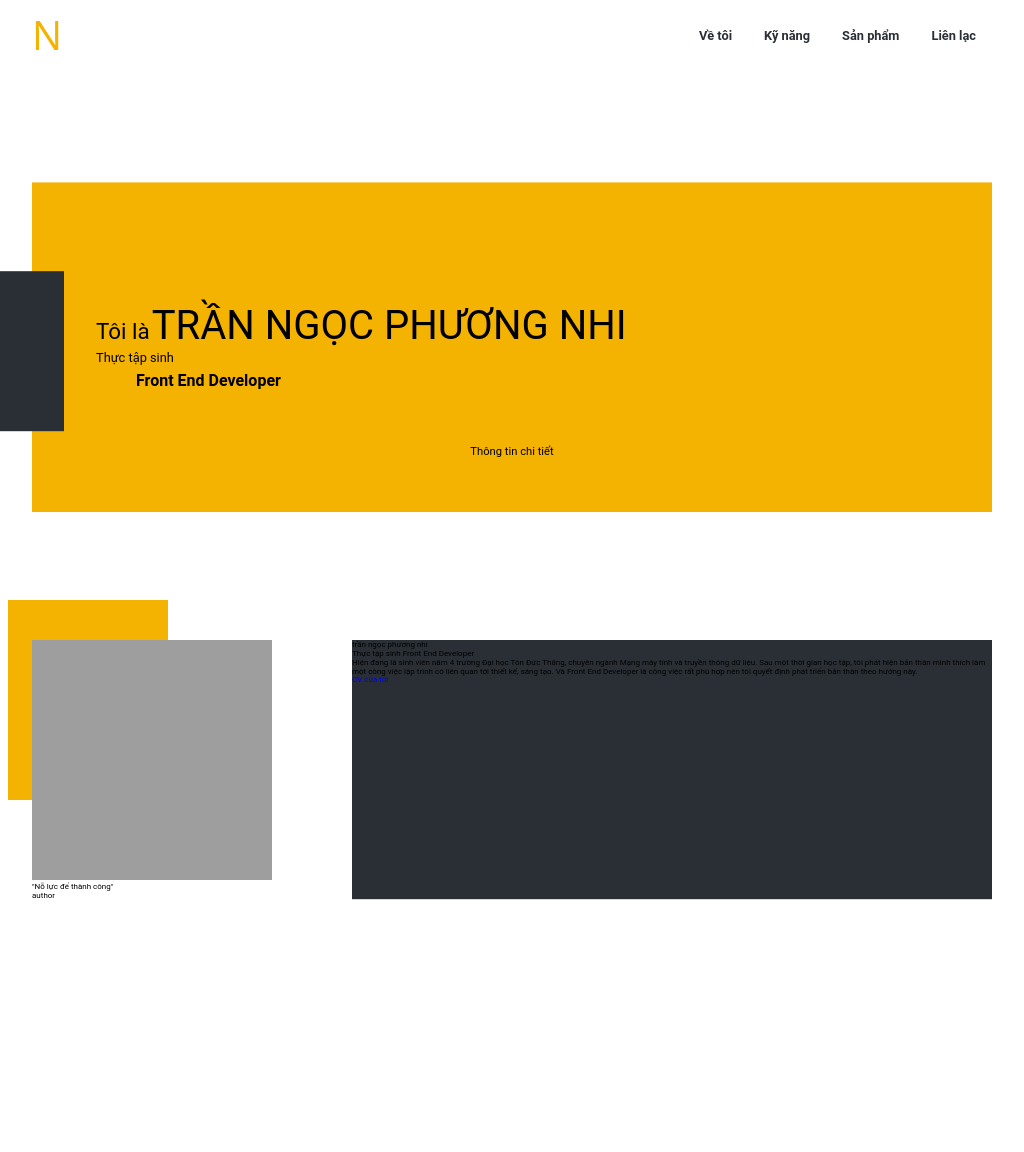
Repository: TranNgocPhuongNhi/my-portfolio
Page: index.html
An editor plug-in stored every save of this project. The page is shown before and after the next save, followed by the edit.
The browser window is 1280 px wide. The pictures show the whole page, at 80% of full size.
Pictures or frames that could not be fetched are drawn as grey boxes. Some icons come from a web library that is not loaded, so they are not drawn. Some web libraries are served in a nearby version.

Above is the page before, as saved 2021-07-04 16:07:27.

After the next save:
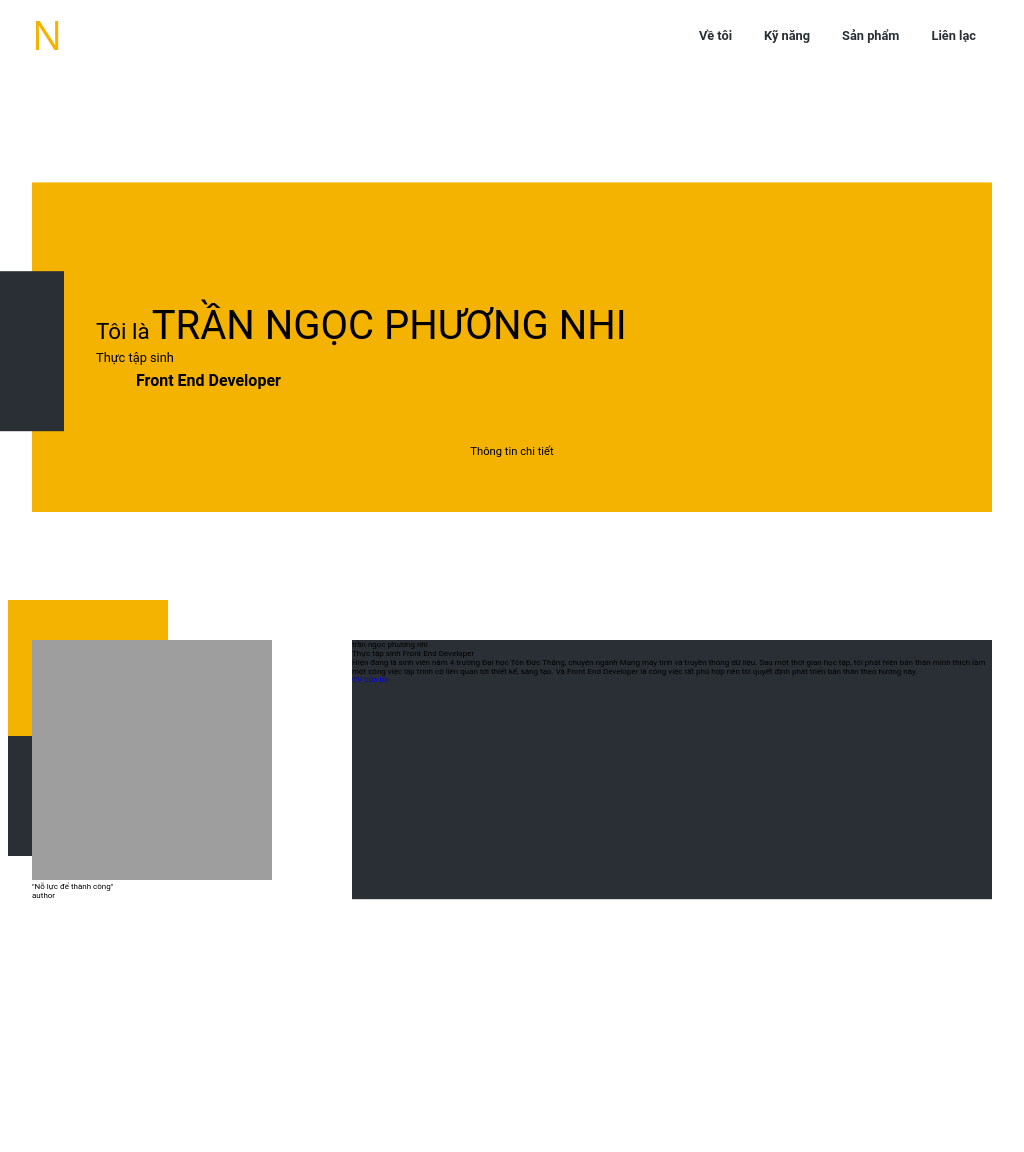
Saved 9 s later.
--- a/resources/css/main.css
+++ b/resources/css/main.css
@@ -192,7 +192,7 @@ a {
     background-color: var(--primary2);
     position: absolute;
     top: 20rem;
-    left: 3rem;
+    left: -3rem;
     z-index: -1;
 }
 
